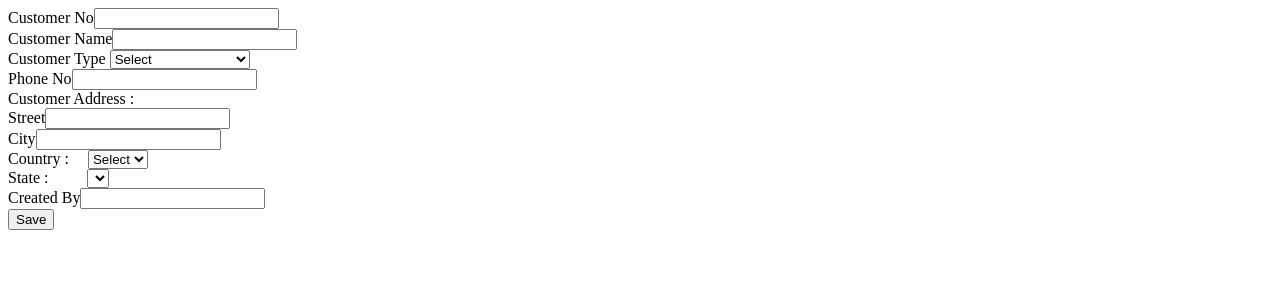
Repository: Mahesh2114/Project
Page: http://localhost/bms/save.jsp
An editor plug-in stored every save of this project. The page is shown before and after the next save, followed by the edit.
The browser window is 1280 px wide. The pictures show the whole page.
The page is served by Tomcat 9. The template is opened directly, without the code that normally fills it, so the values that code supplies are empty.

Above is the page before, as saved 2021-12-08 12:58:06.

After the next save:
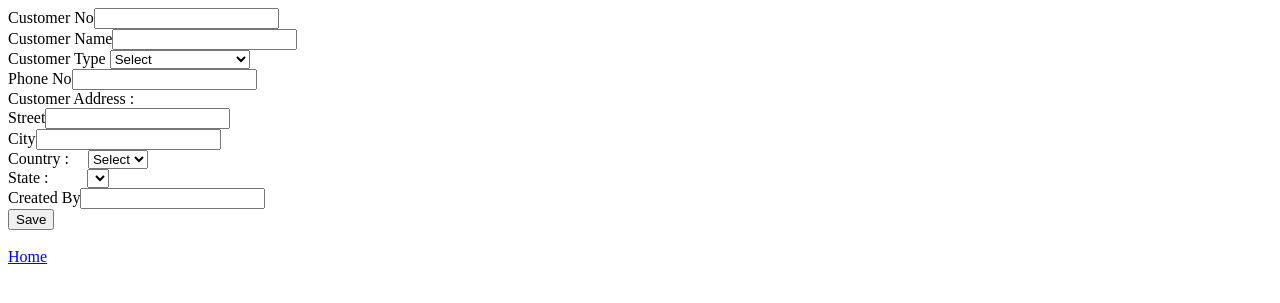
Saved 60 s later.
--- a/Project1/bms/src/main/webapp/save.jsp
+++ b/Project1/bms/src/main/webapp/save.jsp
@@ -106,7 +106,10 @@ function populate(s1,s2){
 		</div>
 		<div>
 			<button type="submit">Save</button>
-		</div>
+
+		</div><br>
+
+		<a href="home">Home</a>
 	</form>
 </body>
 </html>
